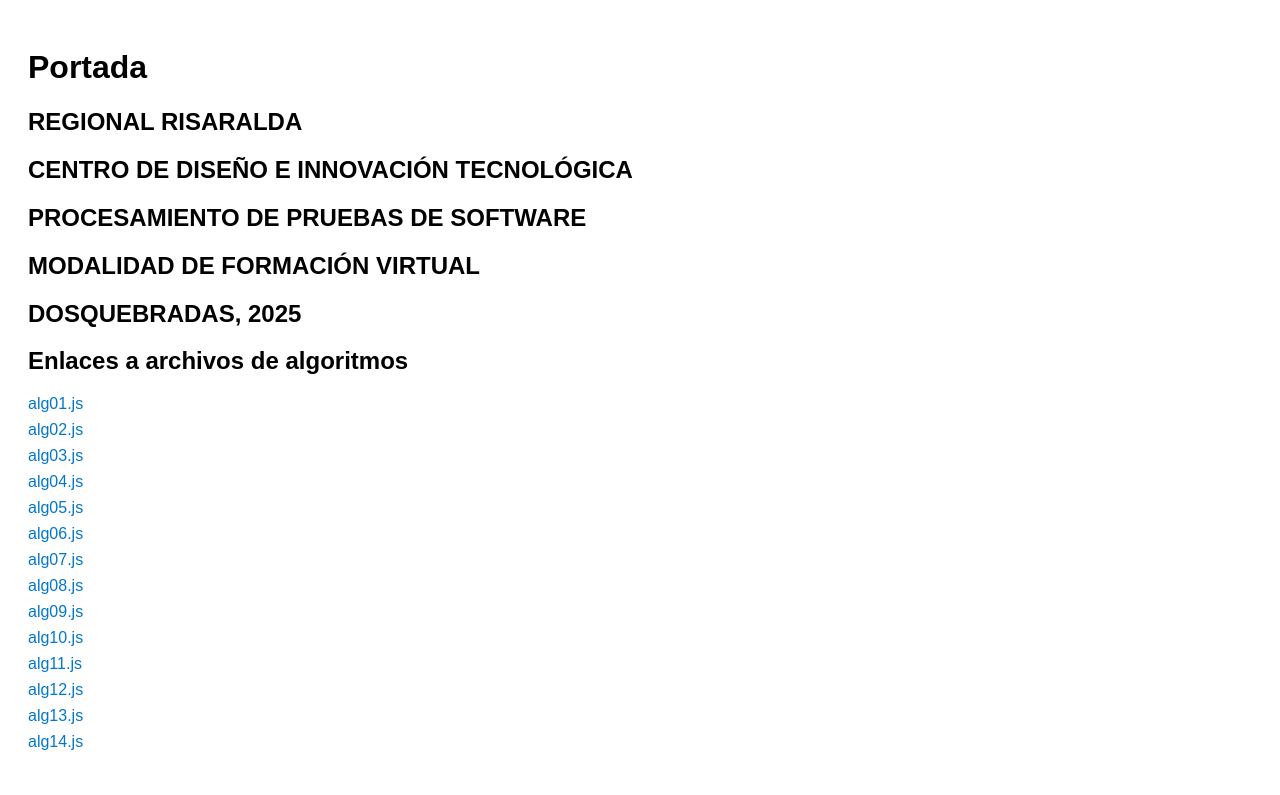
Repository: rlhardrock/SENATallerAlgoritmos01
Page: algoritmo.html
An editor plug-in stored every save of this project. The page is shown before and after a run of saves, followed by the edit.
The browser window is 1280 px wide. The pictures show the whole page.

Above is the page before, as saved 2025-04-23 16:15:48.

After the next 3 saves:
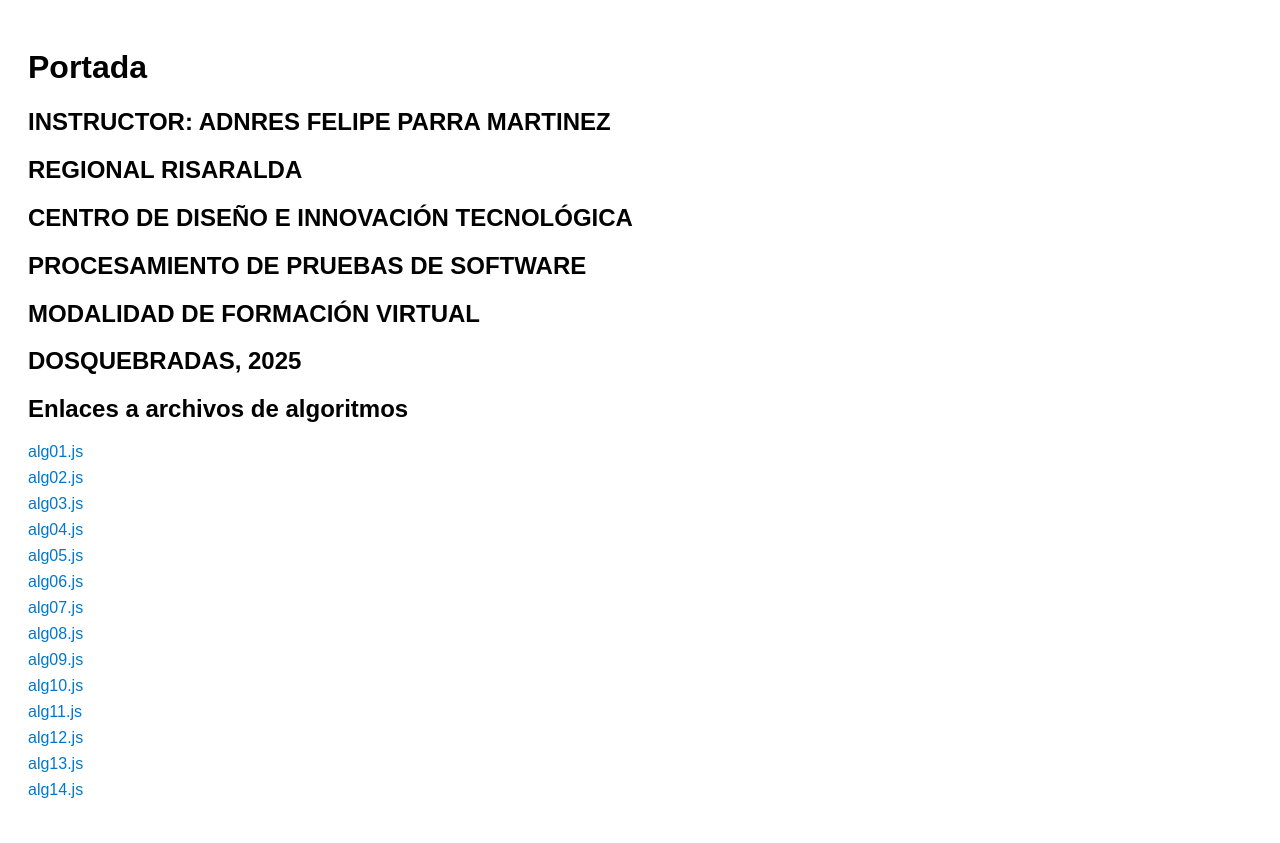
The 3 saves are shown as one change because they came seconds apart.
The last was saved 23 s later.
--- a/algoritmo.html
+++ b/algoritmo.html
@@ -30,7 +30,7 @@
   <div>
     <h2></h2>
     <h2></h2>
-    <h2></h2>
+    <h2>INSTRUCTOR: ADNRES FELIPE PARRA MARTINEZ</h2>
     <h2></h2>
     <h2>REGIONAL RISARALDA</h2>
     <h2>CENTRO DE DISEÑO E INNOVACIÓN TECNOLÓGICA</h2>
